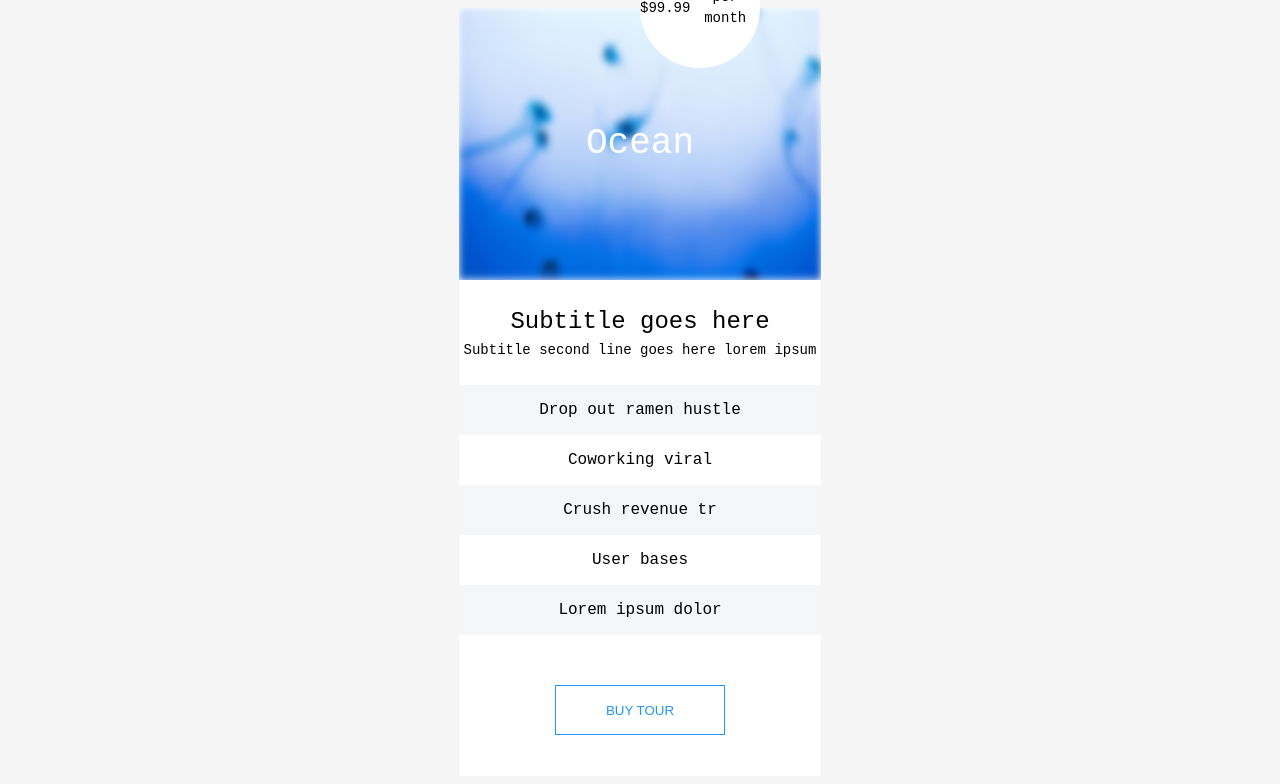
Repository: HoanTiny/pricetable
Page: index.html
These files come from the project's save history. The page is drawn as it stood at one moment and after the next save; the edit follows.
The browser window is 1280 px wide. The pictures show the whole page.

Above is the page before, as saved 2022-07-04 10:33:40.

After the next save:
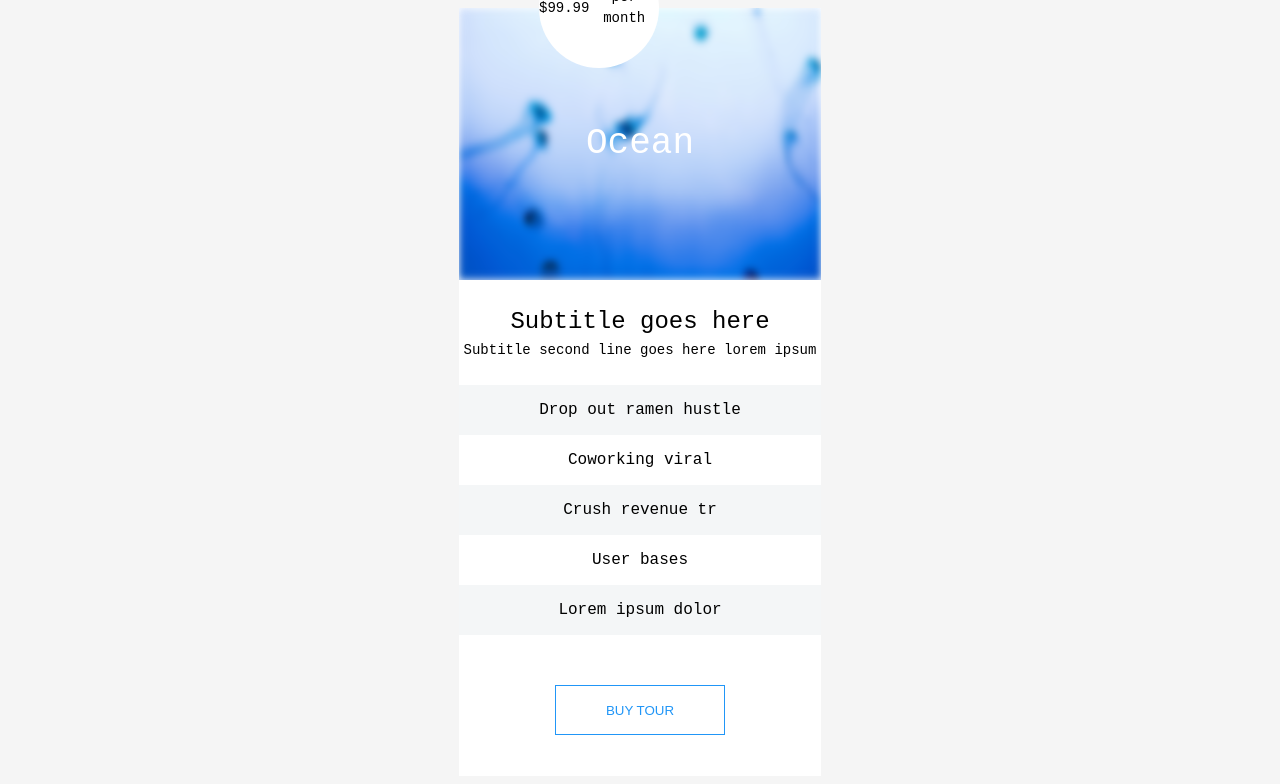
Saved 8 s later.
--- a/assests/css/style.css
+++ b/assests/css/style.css
@@ -91,7 +91,7 @@ img {
 .price {
     position: absolute;
     top: -60px;
-    left: 181px;
+    left: 80px;
     /* transform: translate(-50%, -50%); */
     width: 120px;
     height: 120px;
